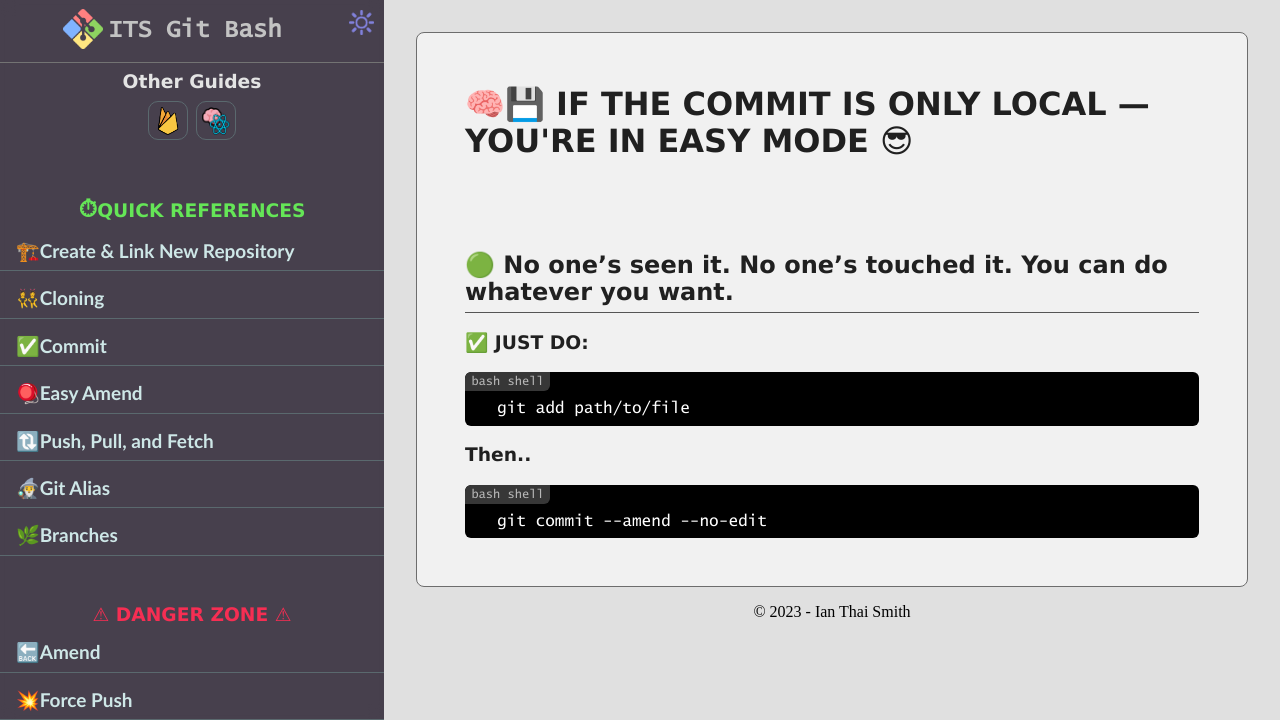
Repository: whyDoILoveThis/project__ITS_Git_Bash
Page: html/easy-amend.html
These files come from the project's save history. The page is drawn as it stood at one moment and after the next save; the edit follows.
The browser window is 1280 px wide. The pictures show the whole page.

Above is the page before, as saved 2025-07-06 06:20:24.

After the next save:
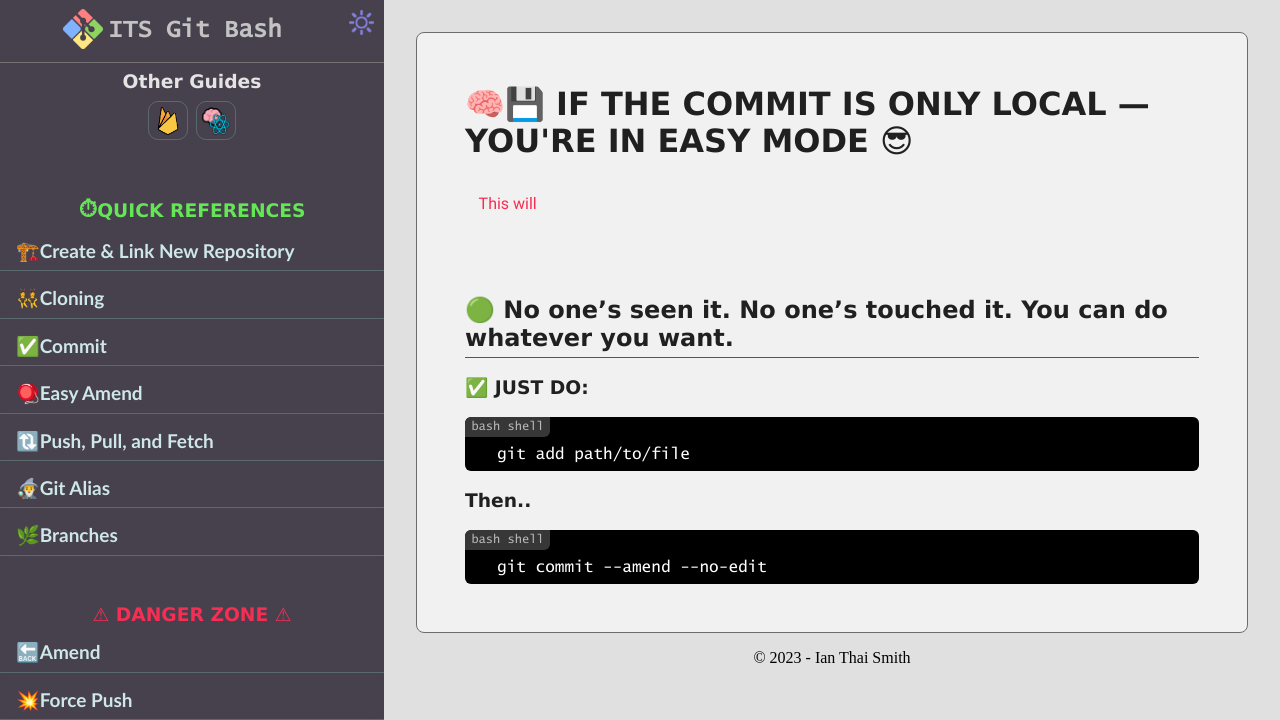
Saved 3 min 14 s later.
--- a/html/easy-amend.html
+++ b/html/easy-amend.html
@@ -14,6 +14,7 @@
       <section class="article-wrap">
         <article class="article">
           <h1>🧠💾 IF THE COMMIT IS ONLY LOCAL — YOU'RE IN EASY MODE 😎</h1>
+          <p class="red">This will</p>
           <h2>
             🟢 No one’s seen it. No one’s touched it. You can do whatever you
             want.
